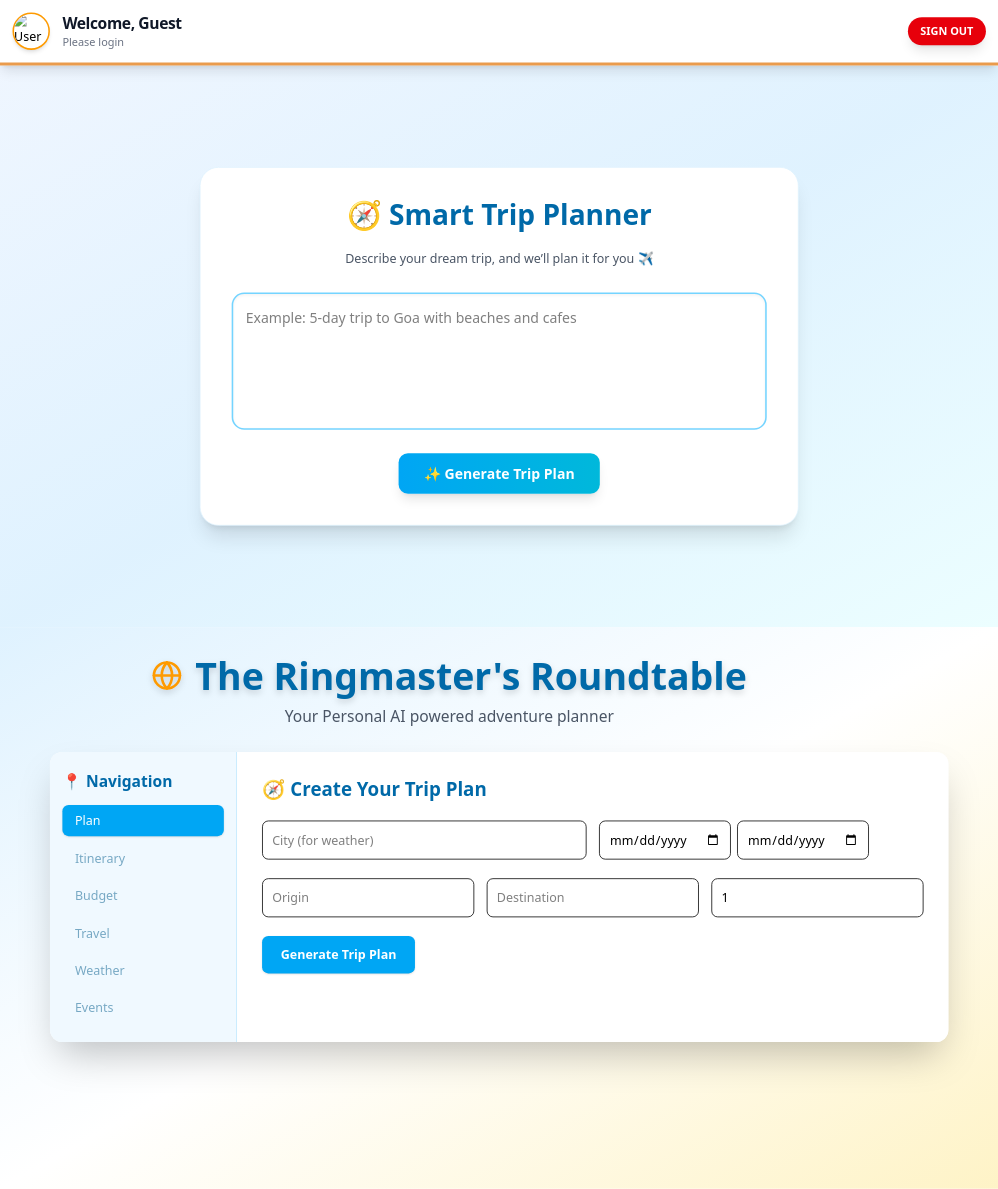
Repository: vega2006/The-Ringmaster-s-Roundtable
Page: /dashboard (app in client/)
These files come from the project's save history. The page is drawn as it stood at one moment and after the next save; the edit follows.
The browser window is 1280 px wide. The pictures show the whole page, at 78% of full size.
The page's requests for data from a server got no answer. The project was rebuilt for these pictures with package versions that can differ from the ones it lists, and the page was loaded fresh each time. No one was signed in, and anything a server would have sent is missing. Also part of the build but not shown: client/vite.config.js, client/src/components/GoogleLogin.jsx, client/src/components/NotFound.jsx, client/src/components/WeatherContent.jsx, client/src/components/TravelContent.jsx, client/src/components/ItineraryContent.jsx, client/src/components/BudgetContent.jsx, client/src/components/EventsContent.jsx and 2 more.

Above is the page before, as saved 2025-10-08 23:20:04.

After the next save:
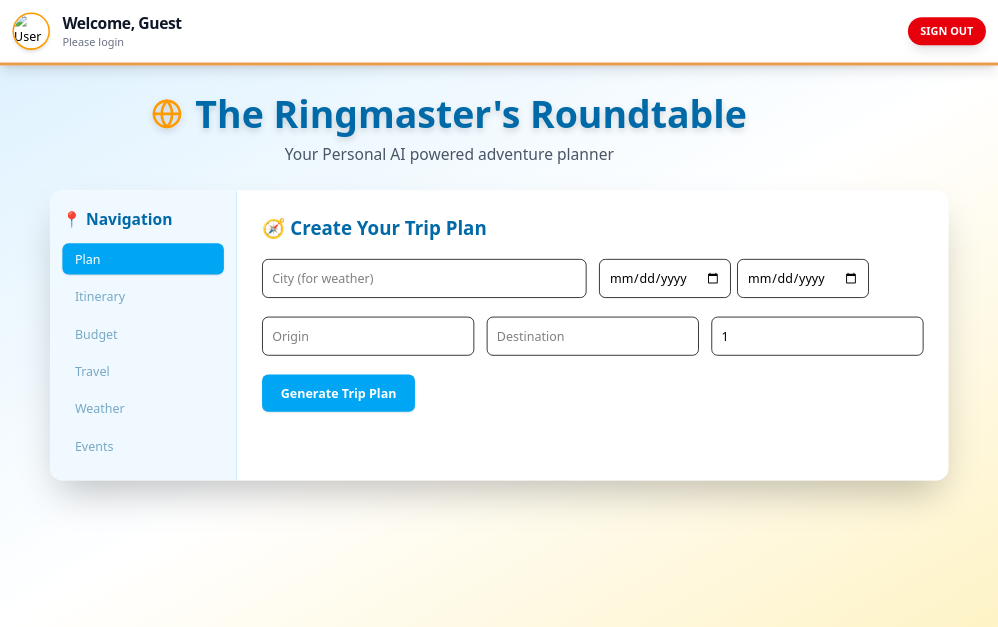
Saved 1 s later.
--- a/client/src/pages/Dashboard.jsx
+++ b/client/src/pages/Dashboard.jsx
@@ -64,7 +64,6 @@ const Dashboard = () => {
             </div>
 
       <TripProvider>
-         <PlanByPrompt/>
         <div className="min-h-screen bg-gradient-to-br from-sky-100 via-white to-amber-100 font-inter">
           <AppHeader />
           <div className="max-w-6xl mx-auto grid grid-cols-1 md:grid-cols-[240px_1fr] bg-white shadow-2xl rounded-2xl overflow-hidden mt-4 mb-8">
